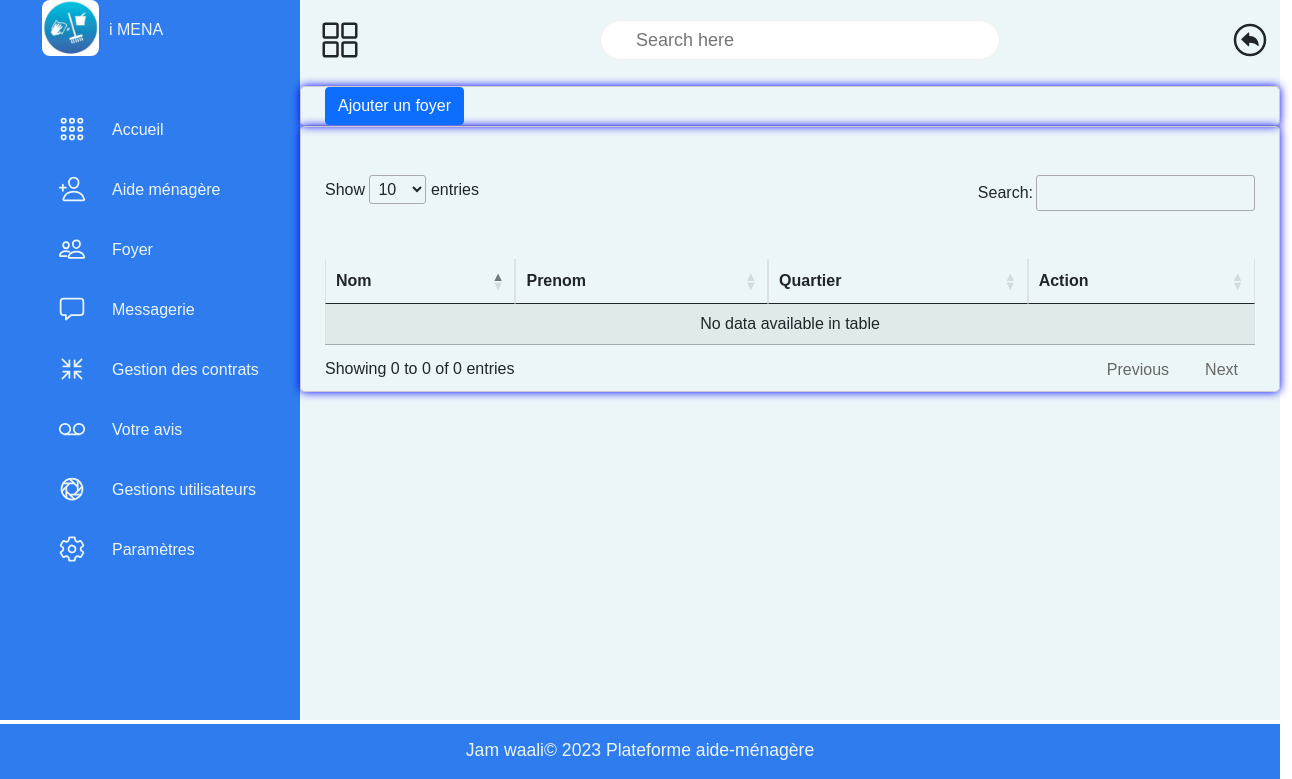
Repository: ibradicko384/soute
Page: http://localhost/backoffice/liste_foyer
An editor plug-in stored every save of this project. The page is shown before and after a run of saves, followed by the edit.
The browser window is 1280 px wide. The page is 1292 px wide, so the pictures cover 1292 px, including what lies to the right of the window. The pictures show the whole page.
Some web fonts or font styles are not loaded; a fallback is used. The page is served by the project's Laravel application, run on PHP 8.4 with Laravel 10. Queries for data that is not in the repository find no rows.

Above is the page before, as saved 2023-12-14 10:14:43.
Console error: ReferenceError: $ is not defined

After the next 2 saves:
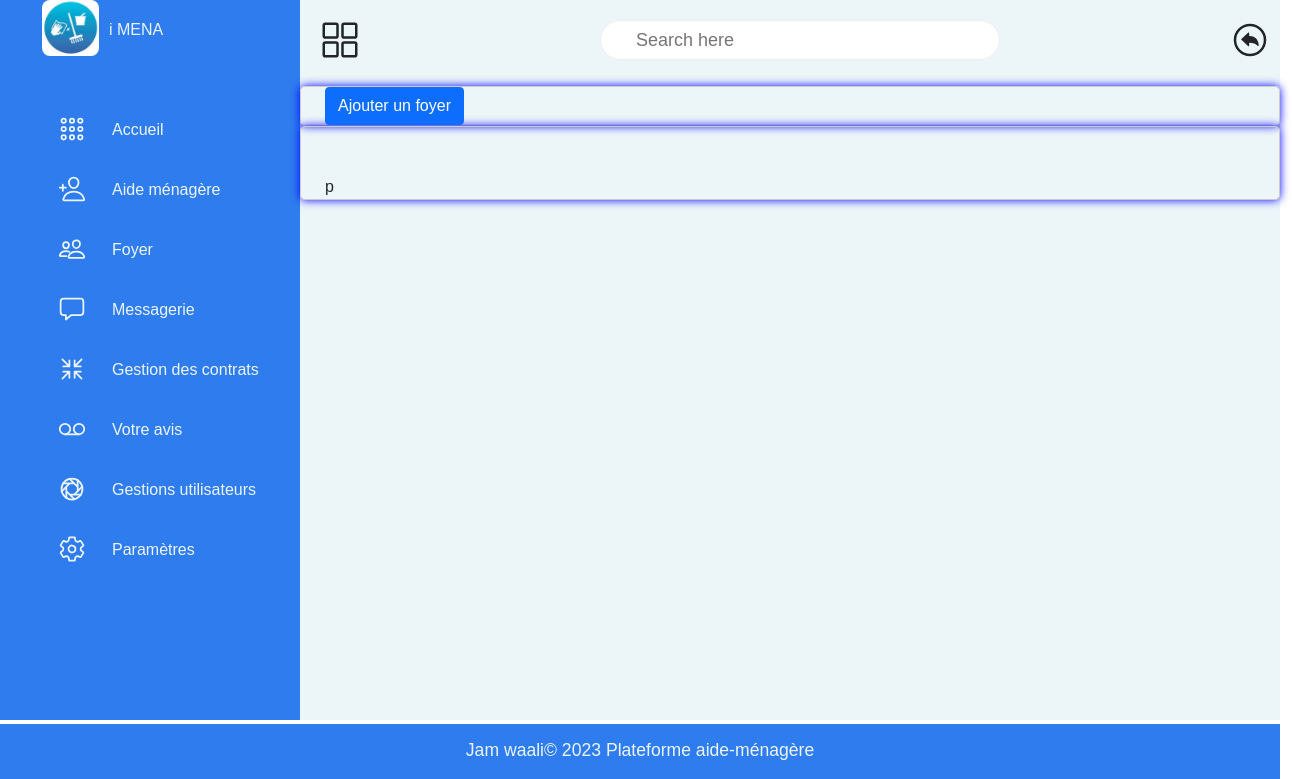
The 2 saves are shown as one change because they came seconds apart.
The last was saved 10 s later.
--- a/resources/views/backoffice/liste_foyer.blade.php
+++ b/resources/views/backoffice/liste_foyer.blade.php
@@ -11,40 +11,9 @@
                 @if($foyers->count() > 0)
 
                 @else
-
+                    p
                 @endif
 
-                <div class="data_table">
-                    <table id="example" class="table pt-5 table-striped table-bordered">
-                        <thead class="table color1">
-                            <tr>
-                                <th>Nom</th>
-                                <th>Prenom</th>
-                                <th>Quartier</th>
-                                <th>Action</th>
-                            </tr>
-                        </thead>
-                        <tbody>
-                            @foreach($foyers as $foyer)
-                                <tr>
-                                    <td>{{ $foyer->nom }}</td>
-                                    <td>{{ $foyer->prenom }}</td>
-                                    <td>{{ $foyer->quartier }}</td>
-                                    <td>
-                                        <!-- Ajoutez ici des liens pour les actions (modifier, supprimer, etc.) en utilisant les routes appropriées -->
-                                        <a href="{{ route('foyer.show', ['id' => $foyer->id]) }}" class="btn btn-primary">Voir le foyer</a>
-                                        {{-- <a href="{{ route('foyer.edit', ['id' => $foyer->id]) }}" class="btn btn-primary">Modifier</a> --}}
-                                        {{-- <form action="{{ route('foyer.destroy', ['id' => $foyer->id]) }}" method="POST" style="display:inline;">
-                                            @csrf
-                                            @method('DELETE')
-                                            <button type="submit" class="btn btn-danger">Supprimer</button>
-                                        </form> --}}
-                                    </td>
-                                </tr>
-                            @endforeach
-                        </tbody>
-                    </table>
-                </div>
 
 
             </div>
